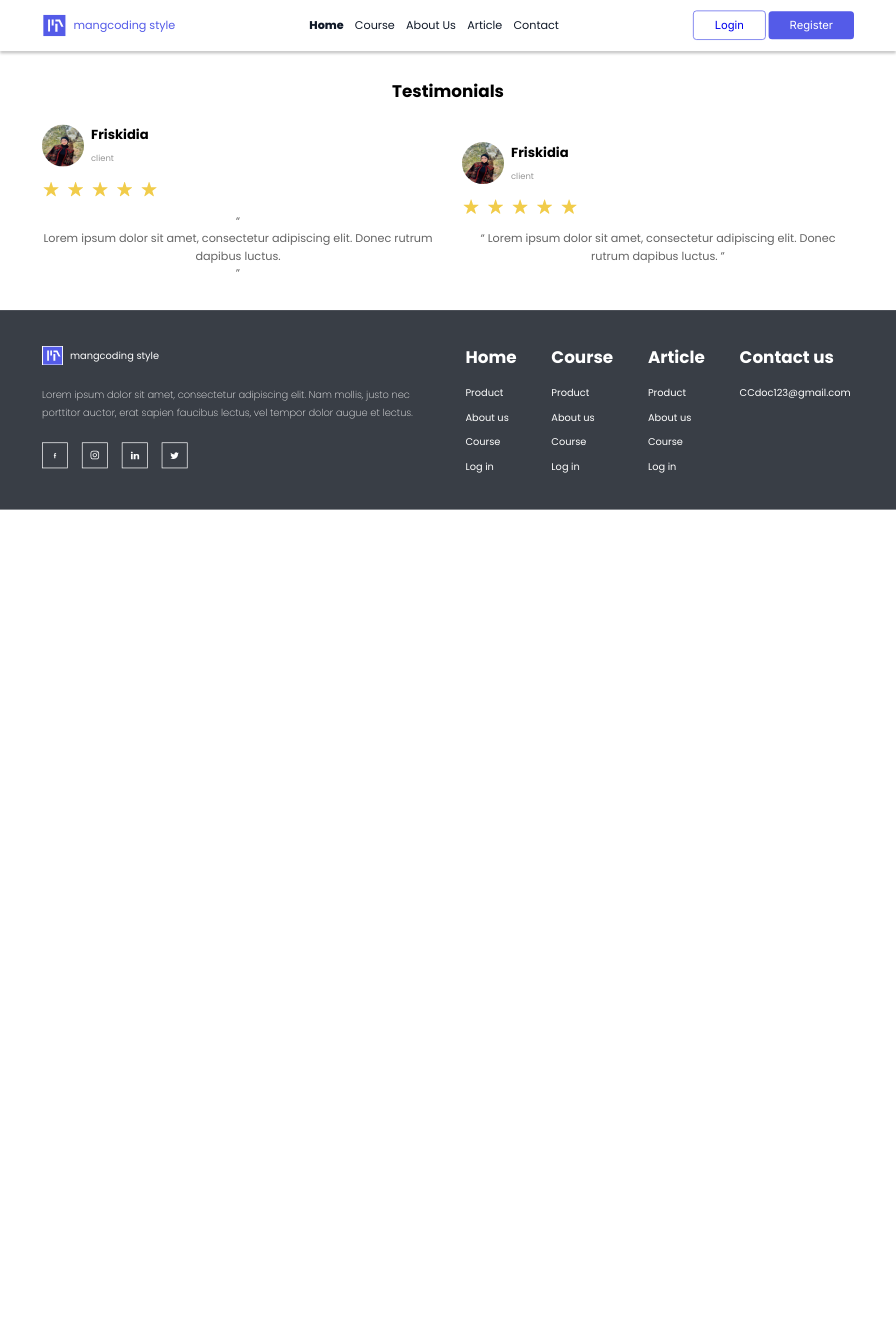
Repository: Dania-Alqam/landing-page
Page: index.html
An editor plug-in stored every save of this project. The page is shown before and after a run of saves, followed by the edit.
The browser window is 1280 px wide. The pictures show the part of the page from y = 0 to 1920 px (the page is 5000 px tall), at 70% of full size.

Above is the page before, as saved 2024-06-22 16:43:54.

After the next 2 saves:
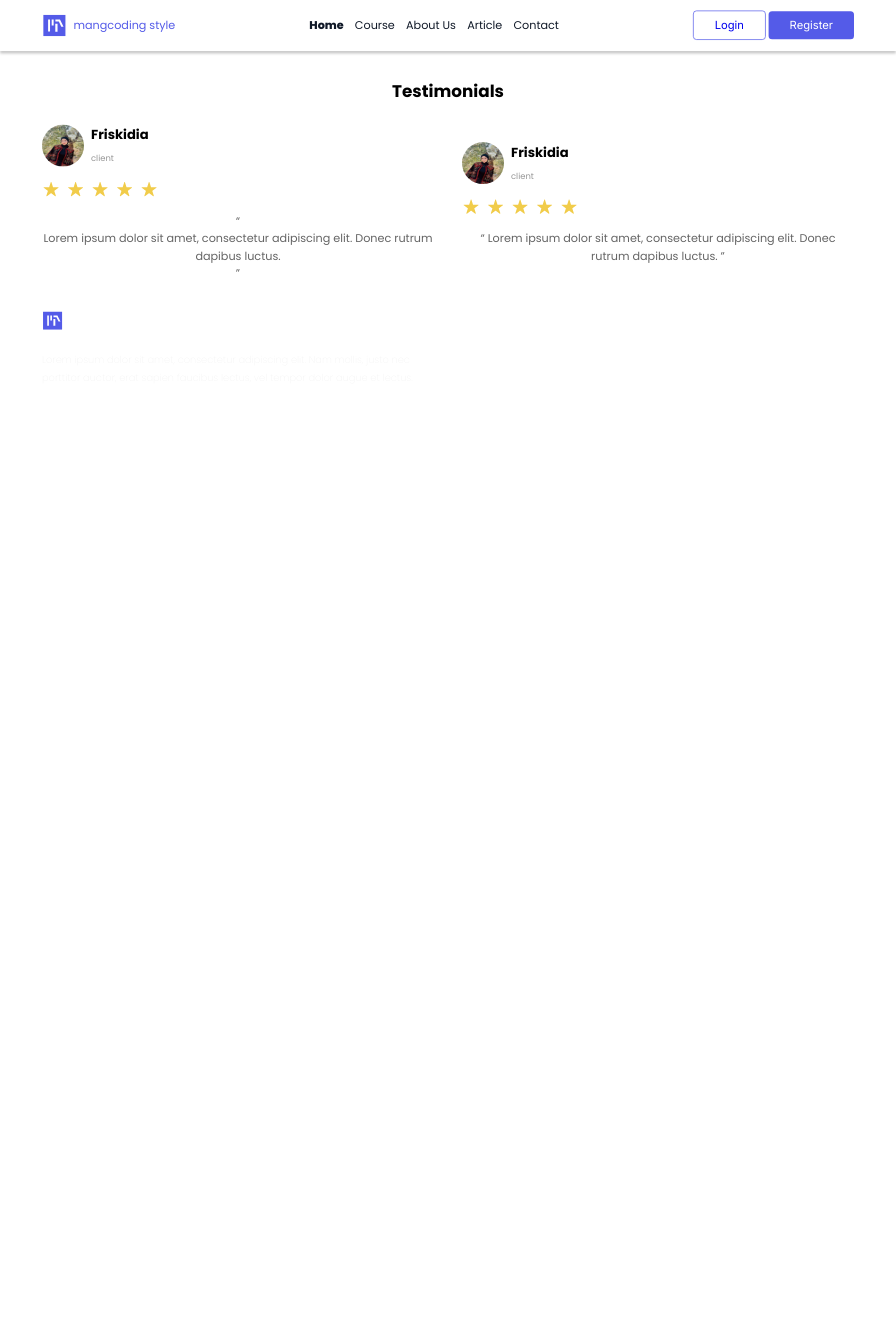
The 2 saves are shown as one change because they came seconds apart.
The last was saved 2 min 3 s later.
--- a/assests/css/main.css
+++ b/assests/css/main.css
@@ -111,6 +111,8 @@
 .testimonial q{
     color: #646464;
 }
+
+.testimonial p
 /* start footer */
 .footer {
   background-color: #393e46;

After the 2 saves that followed:
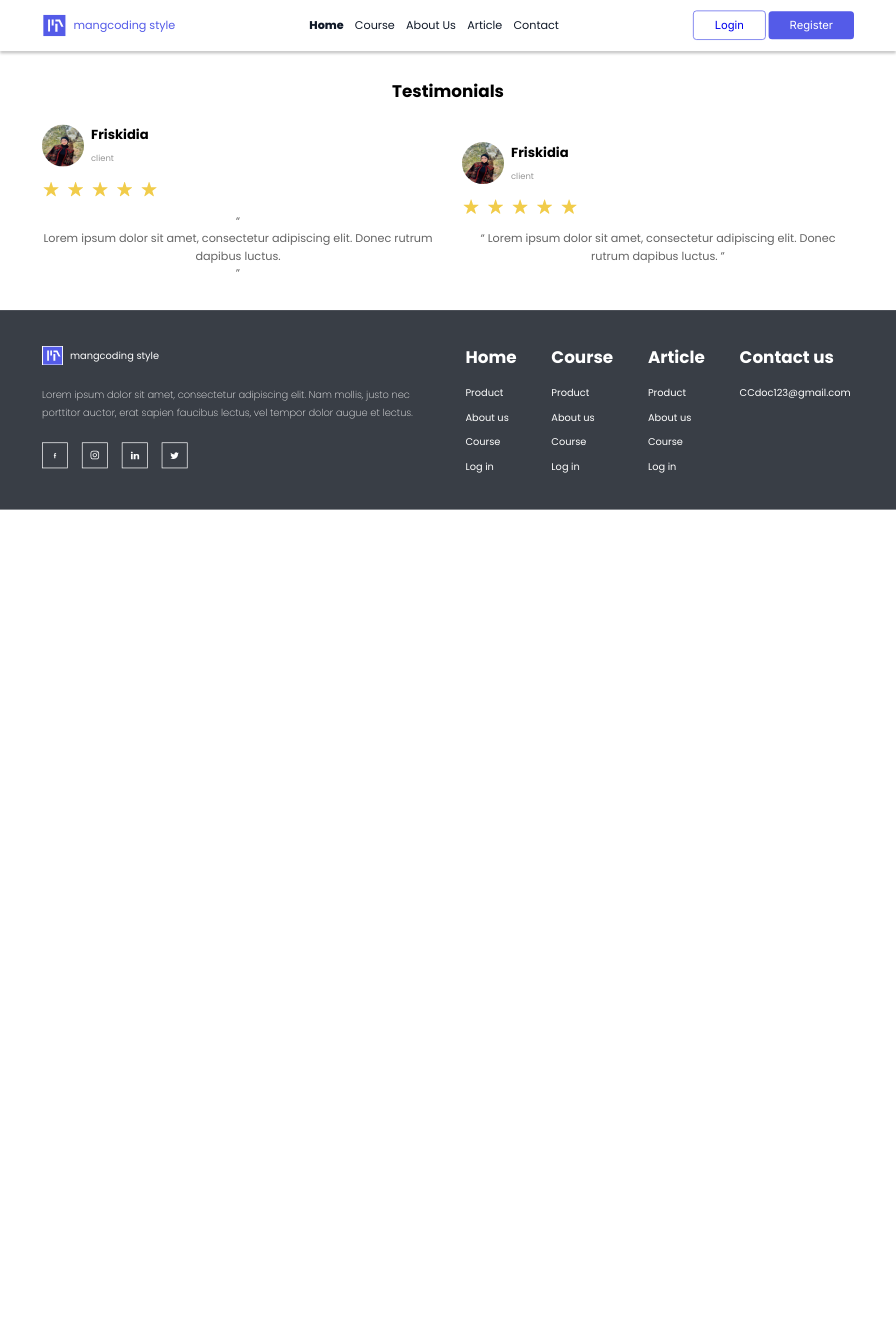
The 2 saves are shown as one change because 1 left the picture as it was.
The last was saved 14 s later.
--- a/assests/css/main.css
+++ b/assests/css/main.css
@@ -112,7 +112,9 @@
     color: #646464;
 }
 
-.testimonial p
+.testimonial blockquote p{
+    display: in;
+}
 /* start footer */
 .footer {
   background-color: #393e46;
